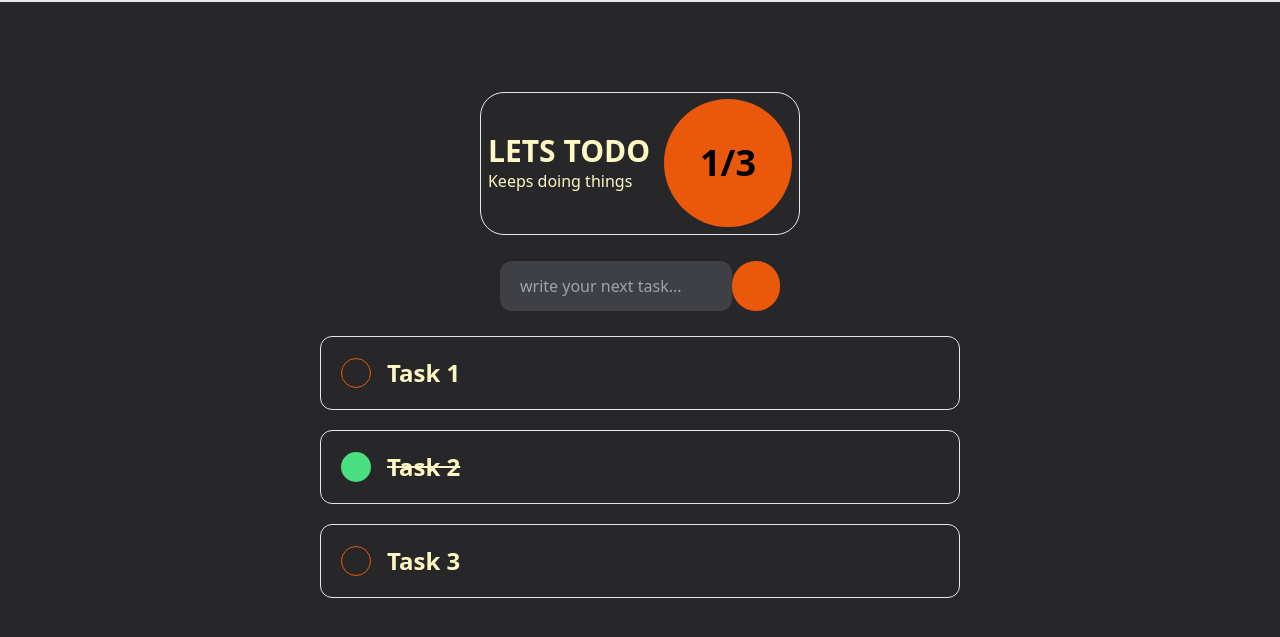
Repository: krayush1109/ToDo_List-React
Page: /
The author's editor kept a copy of each file at every save. The page is drawn from the files as they stood at one save, then again after a run of saves.
The browser window is 1280 px wide. The pictures show the whole page.
The project was rebuilt for these pictures with package versions that can differ from the ones it lists, and the page was loaded fresh each time. Also part of the build but not shown: vite.config.js.

Above is the page before, as saved 2024-07-23 00:23:08.

### src/App.jsx
import React from 'react'

import Todo from './Components/Todo';

const App = () => {
  return (
    <>
      <Todo />
    </>
  )
}

export default App

### src/Components/Todo.jsx
import './style_ui.css';
import Todo from './Todo';

const App = () => {
    return (
        <div className="app-container">
            <div className="header-container">
                <div className="header-text">
                    <h1 className="header-title">LETS TODO</h1>
                    <p className="header-subtitle">Keeps doing things</p>
                </div>
                <div className="counter">
                    1/3
                </div>
            </div>
            <form className="form-container">
                <input
                    placeholder="write your next task..."
                    className="task-input"
                    type="text"
                />
                <button className="add-button">
                    <i className="ri-add-fill"></i>
                </button>
            </form>
            <ul className="task-list">
                <li className="task-item">
                    <div className="task-details">
                        <div className="task-status task-status-pending"></div>
                        <h1 className="task-title">
                            Task 1
                        </h1>
                    </div>
                    <div className="task-actions">
                        <i className="ri-file-edit-line"></i>
                        <i className="ri-delete-bin-3-line"></i>
                    </div>
                </li>
                <li className="task-item">
                    <div className="task-details">
                        <div className="task-status task-status-completed"></div>
                        <h1 className="task-title-completed">
                            Task 2
                        </h1>
                    </div>
                    <div className="task-actions">
                        <i className="ri-file-edit-line"></i>
                        <i className="ri-delete-bin-3-line"></i>
                    </div>
                </li>
                <li className="task-item">
                    <div className="task-details">
                        <div className="task-status task-status-pending"></div>
                        <h1 className="task-title">
                            Task 3
                        </h1>
                    </div>
                    <div className="task-actions">
                        <i className="ri-file-edit-line"></i>
                        <i className="ri-delete-bin-3-line"></i>
                    </div>
                </li>
            </ul>
        </div>
    );
};

export default App;

### src/Components/style_ui.css
/* styles.css */

.app-container {
    @apply border-t-2 w-screen h-screen bg-zinc-800 flex items-center flex-col;
}

.header-container {
    @apply mt-[7%] min-w-[25vmax] h-[20%] border rounded-3xl flex justify-around items-center;
}

.header-text {
    @apply text-yellow-100;
}

.header-title {
    @apply text-3xl font-bold;
}

.header-subtitle {
    @apply text-yellow-100;
}

.counter {
    @apply text-4xl font-extrabold flex justify-center items-center w-[8rem] h-[8rem] rounded-full bg-orange-600;
}

.form-container {
    @apply w-[25%] flex justify-between px-5 my-[2%];
}

.task-input {
    @apply px-5 py-3 text-yellow-100 outline-none w-[85%] rounded-xl bg-zinc-700;
}

.add-button {
    @apply outline-none text-4xl font-extrabold flex justify-center items-center w-[50px] h-[50px] rounded-full bg-orange-600;
}

.task-list {
    @apply list-none min-w-[50vmax];
}

.task-item {
    @apply mb-5 flex justify-between items-center border rounded-xl p-5;
}

.task-details {
    @apply flex items-center;
}

.task-status {
    @apply mr-4 rounded-full w-[30px] h-[30px];
}

.task-title {
    @apply text-2xl font-extrabold text-yellow-100;
}

.task-actions {
    @apply flex gap-3 text-2xl text-yellow-100;
}

.task-title-completed {
    @apply line-through text-2xl font-extrabold text-yellow-100;
}

.task-status-completed {
    @apply mr-4 rounded-full w-[30px] h-[30px] bg-green-400;
}

.task-status-pending {
    @apply mr-4 rounded-full w-[30px] h-[30px] border border-orange-600;
}

Loaded but not shown: index.html (common file); src/main.jsx (common file); src/main.css (common file); tailwind.config.js (common file)

After the next 2 saves:
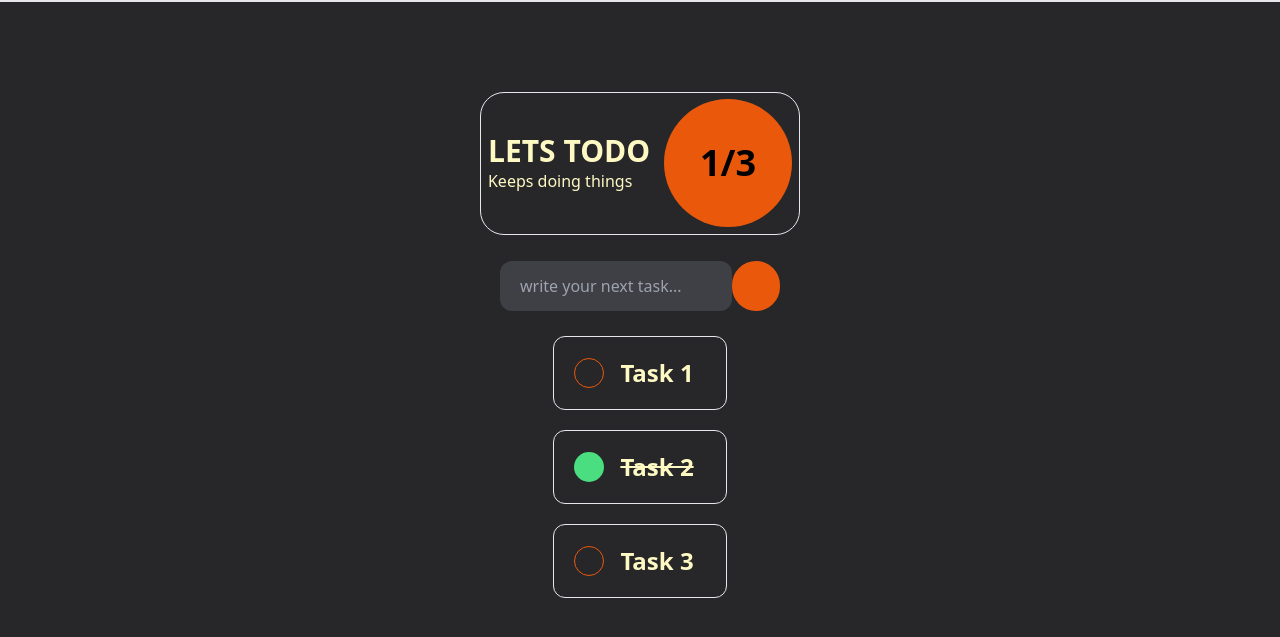
The 2 saves are shown as one change because they came seconds apart.
The last was saved 19 s later.
--- a/src/Components/style_ui.css
+++ b/src/Components/style_ui.css
@@ -37,7 +37,7 @@
 }
 
 .task-list {
-    @apply list-none min-w-[50vmax];
+    @apply list-none max-w-[50vmax];
 }
 
 .task-item {
